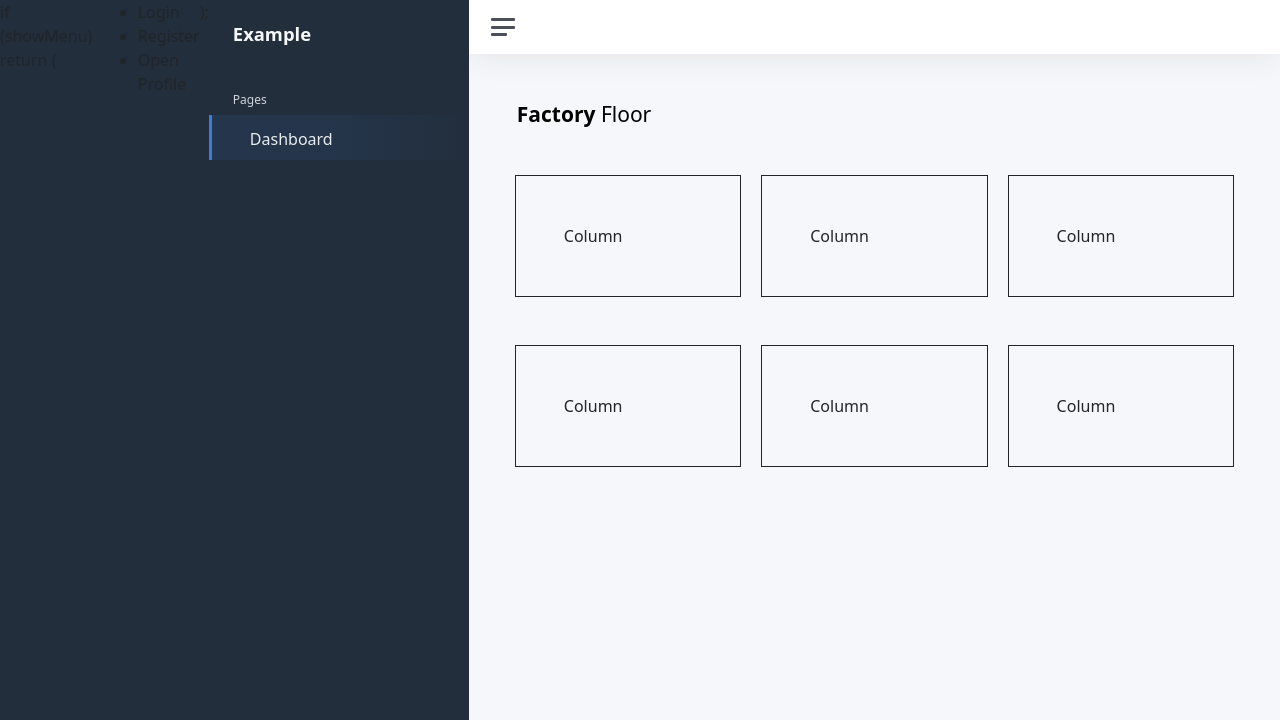
Repository: nick2price2003/rr-app
Page: /
An editor plug-in stored every save of this project. The page is shown before and after the next save, followed by the edit.
The browser window is 1280 px wide. The pictures show the whole page.
The project was rebuilt for these pictures with package versions that can differ from the ones it lists, and the page was loaded fresh each time. The framework's server and built-in components were replaced by stand-ins that run in the browser. Also part of the build but not shown: next.config.js.

Above is the page before, as saved 2022-10-11 14:12:08.

After the next save:
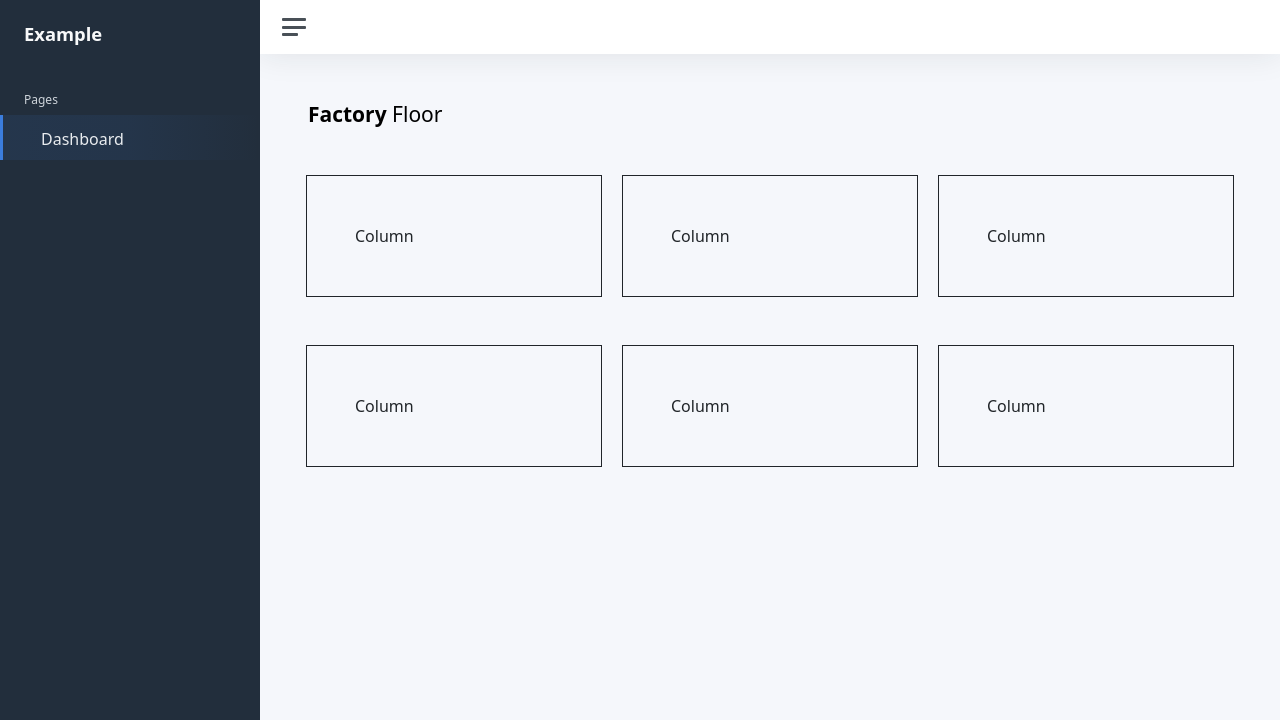
Saved 19 s later.
--- a/components/ContextMenu.js
+++ b/components/ContextMenu.js
@@ -1,8 +1,8 @@
 import React, { useEffect, useState } from "react";
 
 function ContextMenu() {
-  const [xPos, setXPos] = useState("0px");
-  const [yPos, setYPos] = useState("0px");
+    const [xPos, setXPos] = useState("0px");
+    const [yPos, setYPos] = useState("0px");
 
   const [showMenu, setShowMenu] = useState(false);
 
@@ -23,23 +23,8 @@ function ContextMenu() {
     setYPos(`${e.pageY}px`);
   }
 
-  return (
-    <>
-      if (showMenu) return (
-      <ul
-        className='menu'
-        style={{
-          top: yPos,
-          left: xPos,
-        }}
-      >
-        <li>Login</li>
-        <li>Register</li>
-        <li>Open Profile</li>
-      </ul>
-      );
-    </>
-  );
+  return <>
+  </>;
 }
 
 export default ContextMenu;
